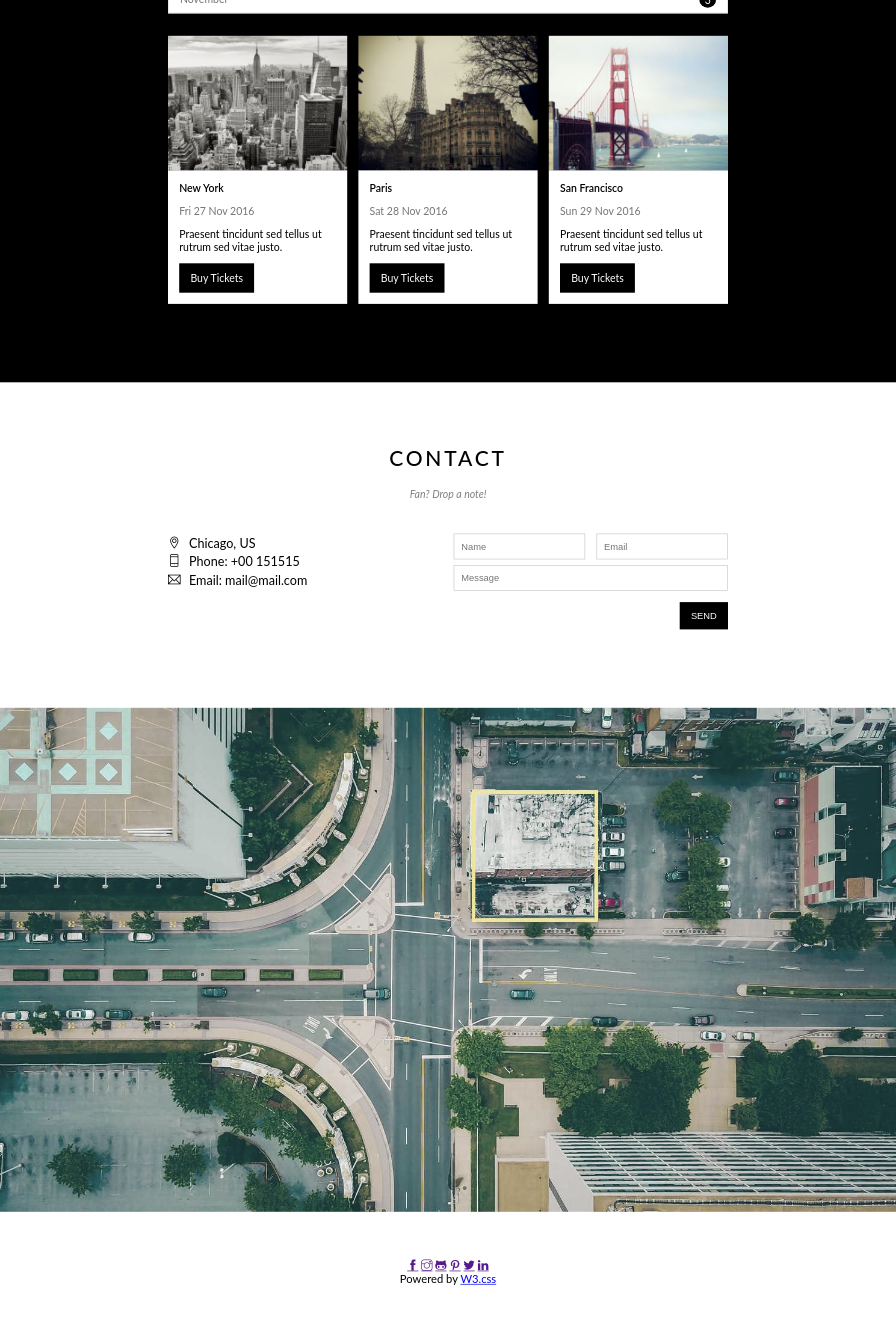
Repository: tatvanhco/web-dau-tay
Page: index.html
The author's editor kept a copy of each file at every save. The page is drawn from the files as they stood at one save, then again after the next save.
The browser window is 1280 px wide. The pictures show the part of the page from y = 1713 to 3633 px (the page is 3613 px tall before and 3633 px after), at 70% of full size.

Above is the page before, as saved 2022-01-24 16:19:03.

After the next save:
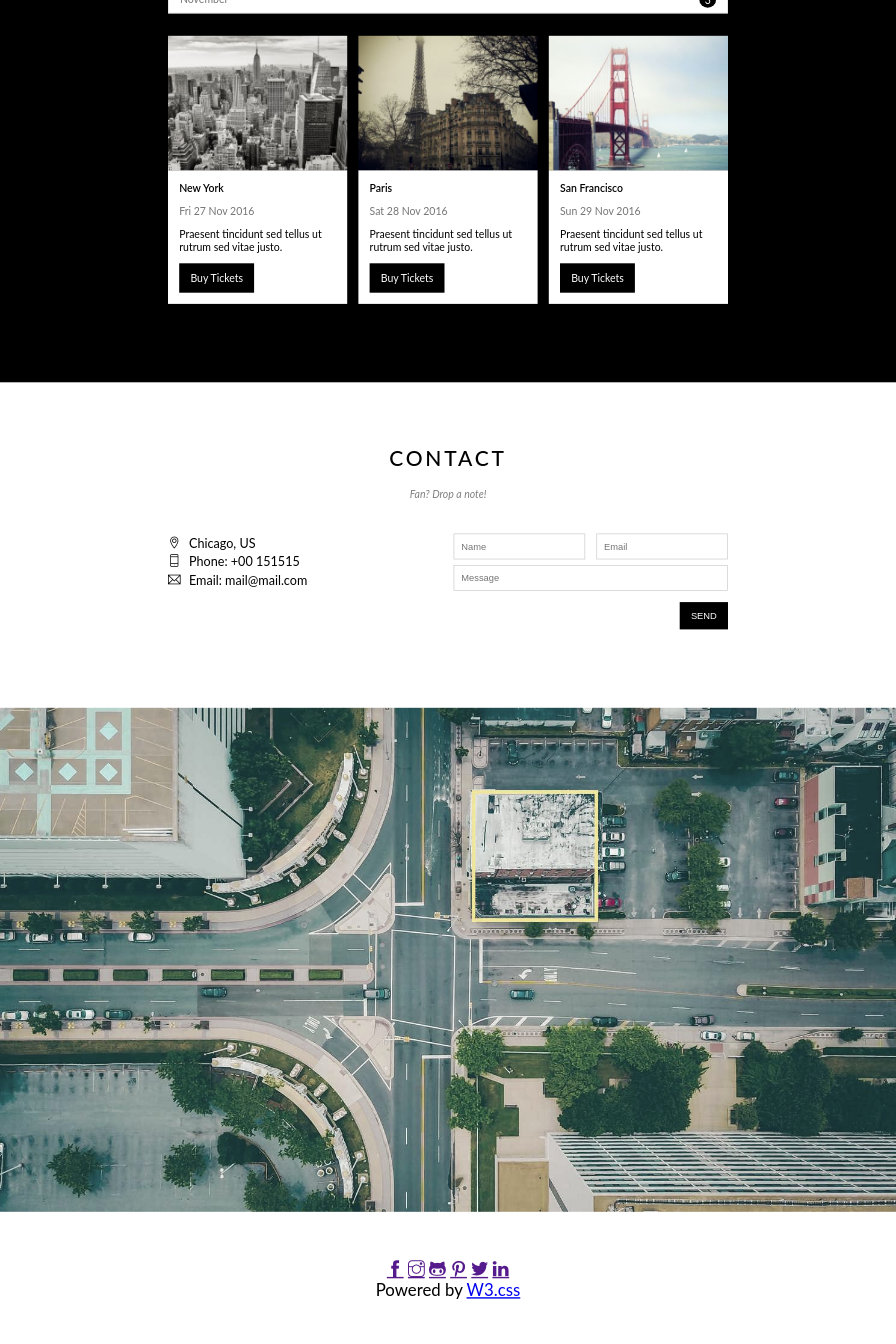
Saved 81 s later.
--- a/assets/css/style.css
+++ b/assets/css/style.css
@@ -338,4 +338,5 @@ body {
 #footer {
     padding: 64px 16px;
     text-align: center;
-}
+    font-size: 24px;
+}
